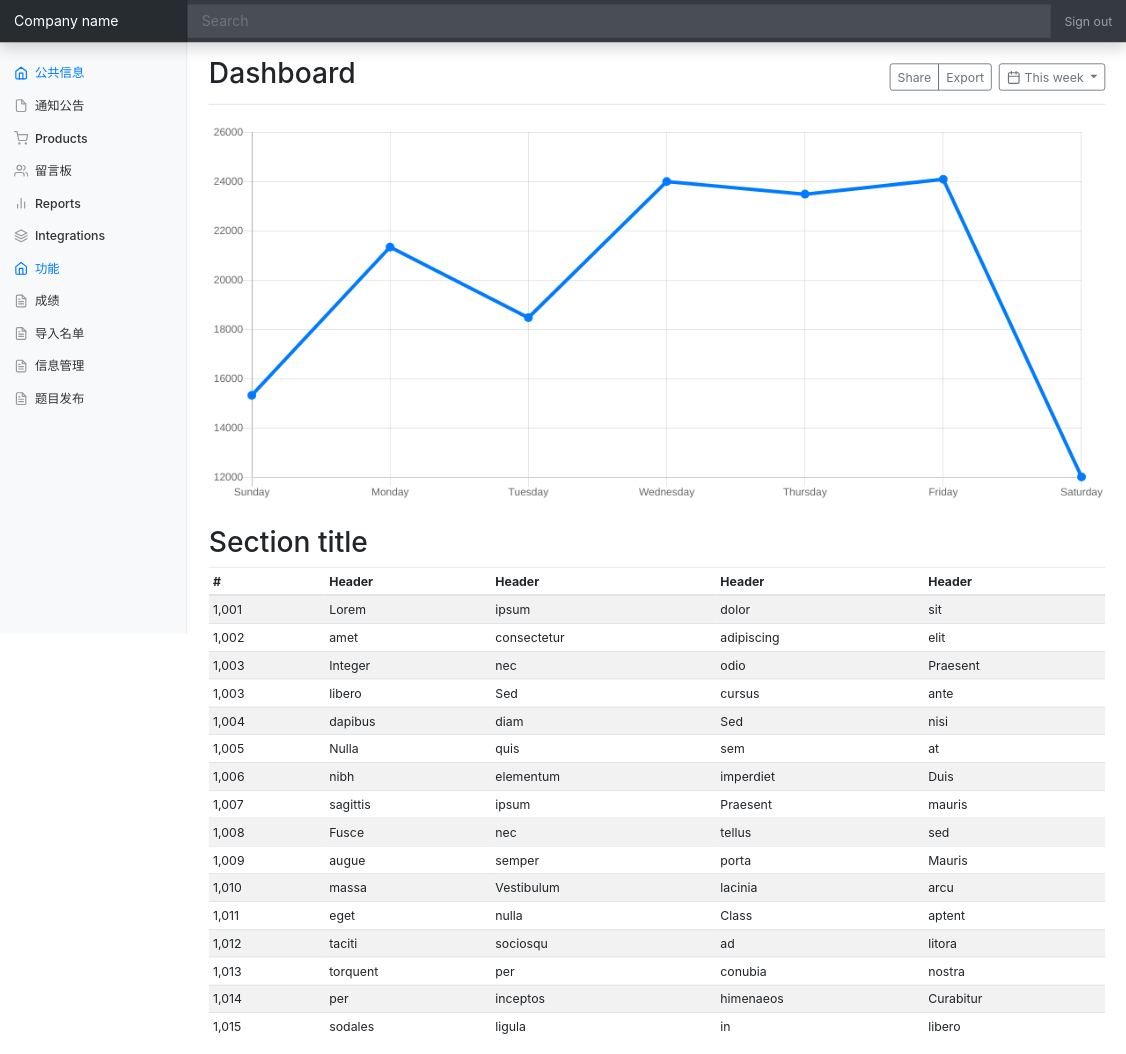
Repository: Kong-T/Practical-training
Page: Administrator/dashboard/index.html
These files come from the project's save history. The page is drawn as it stood at one moment and after the next save; the edit follows.
The browser window is 1280 px wide. The pictures show the whole page, at 88% of full size.
Some web libraries are served in a nearby version.

Above is the page before, as saved 2020-12-14 10:23:51.

### Administrator/dashboard/index.html
<!doctype html>
<html lang="en">
  <head>
    <meta charset="utf-8">
    <meta name="viewport" content="width=device-width, initial-scale=1, shrink-to-fit=no">
    <meta name="description" content="">
    <meta name="author" content="Mark Otto, Jacob Thornton, and Bootstrap contributors">
    <meta name="generator" content="Jekyll v4.0.1">
    <title>Dashboard Template · Bootstrap</title>

    <link rel="canonical" href="https://getbootstrap.com/docs/4.5/examples/dashboard/">

    <!-- Bootstrap core CSS -->
<link href="../../assets4.5/dist/css/bootstrap.css" rel="stylesheet">

    <style>
      .bd-placeholder-img {
        font-size: 1.125rem;
        text-anchor: middle;
        -webkit-user-select: none;
        -moz-user-select: none;
        -ms-user-select: none;
        user-select: none;
      }

      @media (min-width: 768px) {
        .bd-placeholder-img-lg {
          font-size: 3.5rem;
        }
      }
    </style>
    <!-- Custom styles for this template -->
    <link href="dashboard.css" rel="stylesheet">
  </head>
  <body>
    <nav class="navbar navbar-dark sticky-top bg-dark flex-md-nowrap p-0 shadow">
  <a class="navbar-brand col-md-3 col-lg-2 mr-0 px-3" href="#">Company name</a>
  <button class="navbar-toggler position-absolute d-md-none collapsed" type="button" data-toggle="collapse" data-target="#sidebarMenu" aria-controls="sidebarMenu" aria-expanded="false" aria-label="Toggle navigation">
    <span class="navbar-toggler-icon"></span>
  </button>
  <input class="form-control form-control-dark w-100" type="text" placeholder="Search" aria-label="Search">
  <ul class="navbar-nav px-3">
    <li class="nav-item text-nowrap">
      <a class="nav-link" href="#">Sign out</a>
    </li>
  </ul>
</nav>

<div class="container-fluid">
  <div class="row">
    <nav id="sidebarMenu" class="col-md-3 col-lg-2 d-md-block bg-light sidebar collapse">
      <div class="sidebar-sticky pt-3">
        <ul class="nav flex-column">
          <li class="nav-item">
            <a class="nav-link active" href="#">
              <span data-feather="home"></span>
              公共信息 <span class="sr-only">(current)</span>
            </a>
          </li>
          <li class="nav-item">
            <a class="nav-link" href="#">
              <span data-feather="file"></span>
              通知公告
            </a>
          </li>
          <li class="nav-item">
            <a class="nav-link" href="#">
              <span data-feather="shopping-cart"></span>
              Products
            </a>
          </li>
          <li class="nav-item">
            <a class="nav-link" href="#">
              <span data-feather="users"></span>
              留言板
            </a>
          </li>
          <li class="nav-item">
            <a class="nav-link" href="#">
              <span data-feather="bar-chart-2"></span>
              Reports
            </a>
          </li>
          <li class="nav-item">
            <a class="nav-link" href="#">
              <span data-feather="layers"></span>
              Integrations
            </a>
          </li>
        </ul>

        <a class="nav-link active" href="#">
          <span data-feather="home"></span>
          功能 <span class="sr-only">(current)</span>
        </a>
        <!-- <h6 class="sidebar-heading d-flex justify-content-between align-items-center px-3 mt-4 mb-1 text-muted">
          <span>功能</span> -->
          <!-- <a class="d-flex align-items-center text-muted" href="#" aria-label="Add a new report">
            <span data-feather="plus-circle"></span>
          </a> -->
        </h6>
        <ul class="nav flex-column mb-2">
          <li class="nav-item">
            <a class="nav-link" href="#">
              <span data-feather="file-text"></span>
              成绩
            </a>
          </li>
          <li class="nav-item">
            <a class="nav-link" href="#">
              <span data-feather="file-text"></span>
              导入名单
            </a>
          </li>
          <li class="nav-item">
            <a class="nav-link" href="#">
              <span data-feather="file-text"></span>
              信息管理
            </a>
          </li>
          <li class="nav-item">
            <a class="nav-link" href="#">
              <span data-feather="file-text"></span>
              题目发布
            </a>
          </li>
        </ul>
      </div>
    </nav>

    <main role="main" class="col-md-9 ml-sm-auto col-lg-10 px-md-4">
      <div class="d-flex justify-content-between flex-wrap flex-md-nowrap align-items-center pt-3 pb-2 mb-3 border-bottom">
        <h1 class="h2">Dashboard</h1>
        <div class="btn-toolbar mb-2 mb-md-0">
          <div class="btn-group mr-2">
            <button type="button" class="btn btn-sm btn-outline-secondary">Share</button>
            <button type="button" class="btn btn-sm btn-outline-secondary">Export</button>
          </div>
          <button type="button" class="btn btn-sm btn-outline-secondary dropdown-toggle">
            <span data-feather="calendar"></span>
            This week
          </button>
        </div>
      </div>

      <canvas class="my-4 w-100" id="myChart" width="900" height="380"></canvas>

      <h2>Section title</h2>
      <div class="table-responsive">
        <table class="table table-striped table-sm">
          <thead>
            <tr>
              <th>#</th>
              <th>Header</th>
              <th>Header</th>
              <th>Header</th>
              <th>Header</th>
            </tr>
          </thead>
          <tbody>
            <tr>
              <td>1,001</td>
              <td>Lorem</td>
              <td>ipsum</td>
              <td>dolor</td>
              <td>sit</td>
            </tr>
            <tr>
              <td>1,002</td>
              <td>amet</td>
              <td>consectetur</td>
              <td>adipiscing</td>
              <td>elit</td>
            </tr>
            <tr>
              <td>1,003</td>
              <td>Integer</td>
              <td>nec</td>
              <td>odio</td>
              <td>Praesent</td>
            </tr>
            <tr>
              <td>1,003</td>
              <td>libero</td>
              <td>Sed</td>
              <td>cursus</td>
              <td>ante</td>
            </tr>
            <tr>
              <td>1,004</td>
              <td>dapibus</td>
              <td>diam</td>
              <td>Sed</td>
              <td>nisi</td>
            </tr>
            <tr>
              <td>1,005</td>
              <td>Nulla</td>
              <td>quis</td>
              <td>sem</td>
              <td>at</td>
            </tr>
            <tr>
              <td>1,006</td>
              <td>nibh</td>
              <td>elementum</td>
              <td>imperdiet</td>
              <td>Duis</td>
            </tr>
            <tr>
              <td>1,007</td>
              <td>sagittis</td>
              <td>ipsum</td>
              <td>Praesent</td>
              <td>mauris</td>
            </tr>
            <tr>
              <td>1,008</td>
              <td>Fusce</td>
              <td>nec</td>
              <td>tellus</td>
              <td>sed</td>
            </tr>
            <tr>
              <td>1,009</td>
              <td>augue</td>
              <td>semper</td>
              <td>porta</td>
              <td>Mauris</td>
            </tr>
            <tr>
              <td>1,010</td>
              <td>massa</td>
              <td>Vestibulum</td>
              <td>lacinia</td>
              <td>arcu</td>
            </tr>
            <tr>
              <td>1,011</td>
              <td>eget</td>
              <td>nulla</td>
              <td>Class</td>
              <td>aptent</td>
            </tr>
            <tr>
              <td>1,012</td>
              <td>taciti</td>
              <td>sociosqu</td>
              <td>ad</td>
              <td>litora</td>
            </tr>
            <tr>
              <td>1,013</td>
              <td>torquent</td>
              <td>per</td>
              <td>conubia</td>
              <td>nostra</td>
            </tr>
            <tr>
              <td>1,014</td>
              <td>per</td>
              <td>inceptos</td>
              <td>himenaeos</td>
              <td>Curabitur</td>
            </tr>
            <tr>
              <td>1,015</td>
              <td>sodales</td>
              <td>ligula</td>
              <td>in</td>
              <td>libero</td>
            </tr>
          </tbody>
        </table>
      </div>
    </main>
  </div>
</div>
<script src="https://code.jquery.com/jquery-3.5.1.slim.min.js" integrity="sha384-DfXdz2htPH0lsSSs5nCTpuj/zy4C+OGpamoFVy38MVBnE+IbbVYUew+OrCXaRkfj" crossorigin="anonymous"></script>
<script>window.jQuery || document.write('<script src="../../assets4.5/js/vendor/jquery.slim.min.js"><\/script>')</script><script src="../../assets4.5/dist/js/bootstrap.bundle.js"></script>
        <script src="https://cdnjs.cloudflare.com/ajax/libs/feather-icons/4.9.0/feather.min.js"></script>
        <script src="https://cdnjs.cloudflare.com/ajax/libs/Chart.js/2.7.3/Chart.min.js"></script>

        <script src="dashboard.js"></script></body>
</html>

### Administrator/css/dashboard.css
body {
  font-size: .875rem;
}

.feather {
  width: 16px;
  height: 16px;
  vertical-align: text-bottom;
}

/*
 * Sidebar
 */

.sidebar {
  position: fixed;
  top: 0;
  bottom: 0;
  left: 0;
  z-index: 100; /* Behind the navbar */
  padding: 48px 0 0; /* Height of navbar */
  box-shadow: inset -1px 0 0 rgba(0, 0, 0, .1);
}

@media (max-width: 767.98px) {
  .sidebar {
    top: 5rem;
  }
}

.sidebar-sticky {
  position: relative;
  top: 0;
  height: calc(100vh - 48px);
  padding-top: .5rem;
  overflow-x: hidden;
  overflow-y: auto; /* Scrollable contents if viewport is shorter than content. */
}

@supports ((position: -webkit-sticky) or (position: sticky)) {
  .sidebar-sticky {
    position: -webkit-sticky;
    position: sticky;
  }
}

.sidebar .nav-link {
  font-weight: 500;
  color: #333;
}

.sidebar .nav-link .feather {
  margin-right: 4px;
  color: #999;
}

.sidebar .nav-link.active {
  color: #007bff;
}

.sidebar .nav-link:hover .feather,
.sidebar .nav-link.active .feather {
  color: inherit;
}

.sidebar-heading {
  font-size: .75rem;
  text-transform: uppercase;
}

/*
 * Navbar
 */

.navbar-brand {
  padding-top: .75rem;
  padding-bottom: .75rem;
  font-size: 1rem;
  background-color: rgba(0, 0, 0, .25);
  box-shadow: inset -1px 0 0 rgba(0, 0, 0, .25);
}

.navbar .navbar-toggler {
  top: .25rem;
  right: 1rem;
}

.navbar .form-control {
  padding: .75rem 1rem;
  border-width: 0;
  border-radius: 0;
}

.form-control-dark {
  color: #fff;
  background-color: rgba(255, 255, 255, .1);
  border-color: rgba(255, 255, 255, .1);
}

.form-control-dark:focus {
  border-color: transparent;
  box-shadow: 0 0 0 3px rgba(255, 255, 255, .25);
}

### Administrator/js/dashboard.js
/* globals Chart:false, feather:false */

(function () {
  'use strict'

  feather.replace()

  // Graphs
  var ctx = document.getElementById('myChart')
  // eslint-disable-next-line no-unused-vars
  var myChart = new Chart(ctx, {
    type: 'line',
    data: {
      labels: [
        'Sunday',
        'Monday',
        'Tuesday',
        'Wednesday',
        'Thursday',
        'Friday',
        'Saturday'
      ],
      datasets: [{
        data: [
          15339,
          21345,
          18483,
          24003,
          23489,
          24092,
          12034
        ],
        lineTension: 0,
        backgroundColor: 'transparent',
        borderColor: '#007bff',
        borderWidth: 4,
        pointBackgroundColor: '#007bff'
      }]
    },
    options: {
      scales: {
        yAxes: [{
          ticks: {
            beginAtZero: false
          }
        }]
      },
      legend: {
        display: false
      }
    }
  })
}())

Loaded but not shown: assets4.5/dist/css/bootstrap.css (library); assets4.5/dist/js/bootstrap.bundle.js (library)

After the next save:
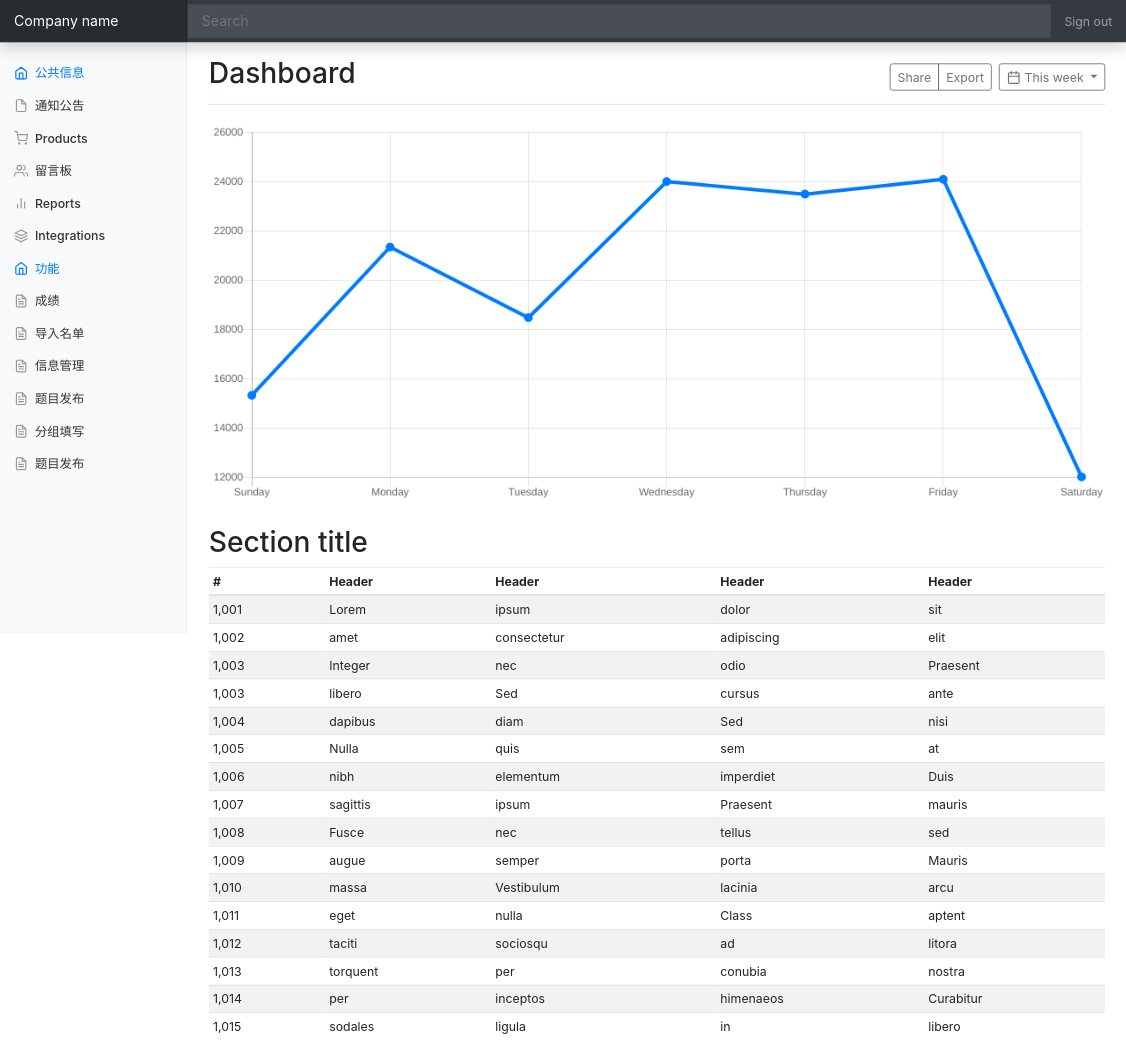
Saved 18 s later.
--- a/Administrator/dashboard/index.html
+++ b/Administrator/dashboard/index.html
@@ -124,6 +124,17 @@
               题目发布
             </a>
           </li>
+          <li class="nav-item">
+            <a class="nav-link" href="#">
+              <span data-feather="file-text"></span>
+              分组填写
+            </a>
+          </li> <li class="nav-item">
+            <a class="nav-link" href="#">
+              <span data-feather="file-text"></span>
+              题目发布
+            </a>
+          </li>
         </ul>
       </div>
     </nav>
